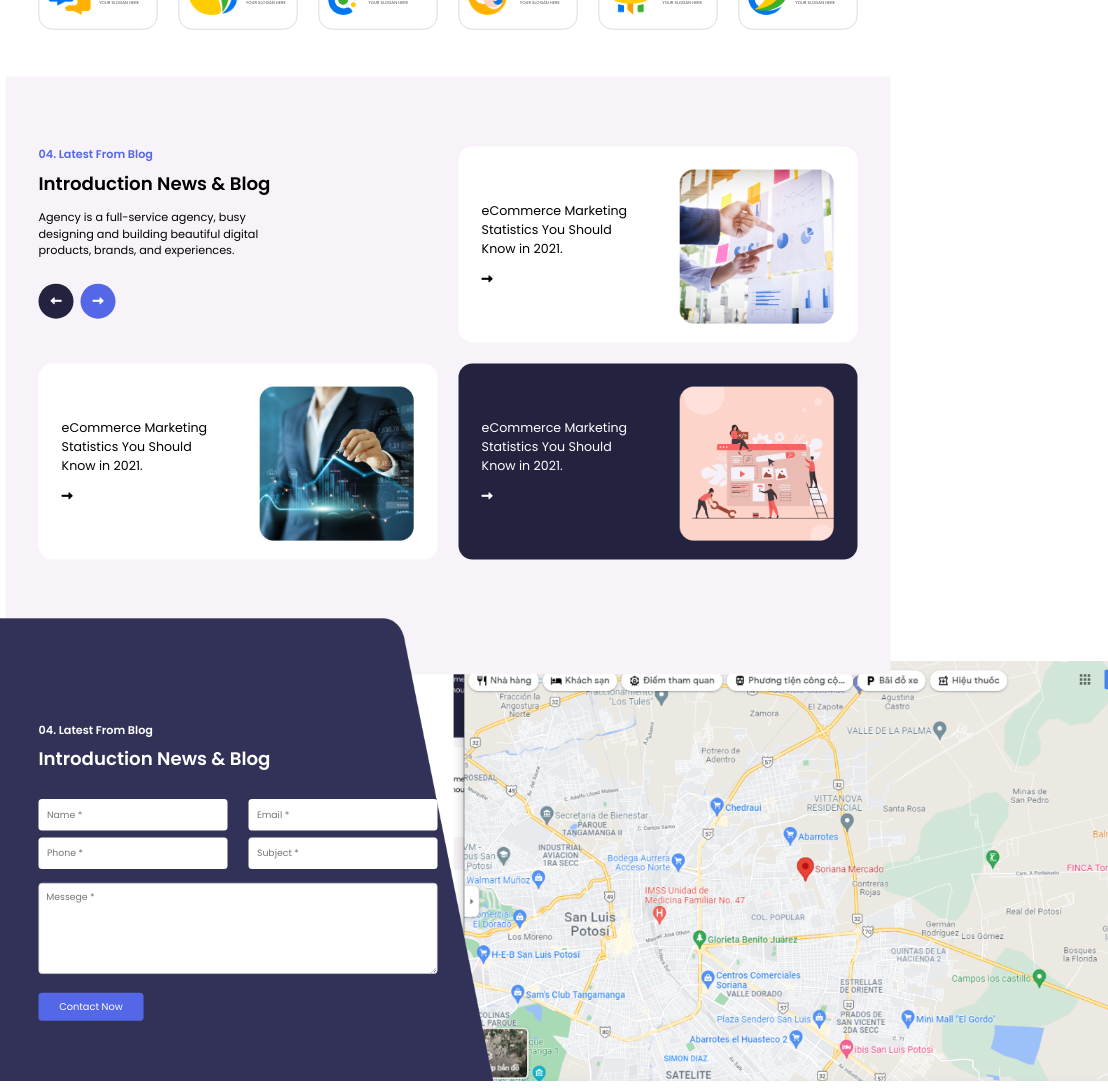
Repository: tranchi0120/LangdingPage-Htmlcss-Ago
Page: index.html
An editor plug-in stored every save of this project. The page is shown before and after the next save, followed by the edit.
The browser window is 1280 px wide. The page is 1583 px wide, so the pictures cover 1583 px, including what lies to the right of the window. The pictures show the part of the page from y = 3385 to 4945 px (the page is 4945 px tall), at 70% of full size.
Some web libraries are served in a nearby version. The style sheet was rebuilt from its Sass, Less or Tailwind sources for each picture, by a compiler version that may differ from the author's.

Above is the page before, as saved 2022-07-15 10:29:10.

### index.html
<!DOCTYPE html>
<html lang="en">

<head>
    <meta charset="UTF-8" />
    <meta http-equiv="X-UA-Compatible" content="IE=edge" />
    <meta name="viewport" content="width=device-width, initial-scale=1.0" />
    <title>Ago</title>
    <!-- css -->
    <link rel="stylesheet" href="./css/app.css" />
    <!-- google font  -->
    <link rel="preconnect" href="https://fonts.googleapis.com" />
    <link rel="preconnect" href="https://fonts.gstatic.com" crossorigin />
    <link href="https://fonts.googleapis.com/css2?family=Poppins:wght@400;600&display=swap" rel="stylesheet" />
    <!-- google icon awaresome -->
    <link rel="stylesheet" href="https://cdnjs.cloudflare.com/ajax/libs/font-awesome/6.1.1/css/all.min.css">
    <!-- sass ./sass/app.scss ./css/app.css --watch -->
</head>

<body>
    <header class="header">
        <div class="header-top container">
            <span class="header-top-title">
                Welcome to Ago! Building Creative Business Agency
            </span>
            <div class="header-top-right">
                <div class="header-login">
                    <i class="fa-solid fa-user"></i>
                    <a href="#!" style="color:#666666">Login</a>
                </div>
                <div class="header-nation">
                    <i class="fa-solid fa-globe"></i>
                    <span class="header-language">English</span>
                    <i class="fa-solid fa-angle-down"></i>
                </div>
            </div>
        </div>
        <div class="header-line">
        </div>
        <div class="header-under container">
            <div class="header-under-logo">
                <div class="header-under-image">
                    <img class="header-under-img" src="./images/logo.png" alt="#">
                </div>
                <span class="header-under-name">Ago</span>
            </div>
            <div class="header-menu">
                <ul class="menu">
                    <li class="menu-item">
                        <a href="#" class="menu-link">Home</a>
                    </li>
                    <li class="menu-item">
                        <a href="#" class="menu-link">Features</a>
                        <i class="fa-solid fa-angle-down"></i>
                    </li>
                    <li class="menu-item">
                        <a href="#" class="menu-link">Services</a>
                    </li>
                    <li class="menu-item">
                        <a href="#" class="menu-link">Pages</a>
                    </li>
                    <li class="menu-item">
                        <a href="#" class="menu-link">Blog</a>
                    </li>
                    <li class="menu-item">
                        <a href="#" class="menu-link">Support</a>
                    </li>
                </ul>
                <div class="menu-button">
                    <i class="fa-solid fa-magnifying-glass menu-icon"></i>
                    <div class="button">Contact Us</div>
                </div>
            </div>
        </div>
    </header>
    <main>
        <section class="hero">
            <div class="container">
                <div class="hero-main">
                    <div class="hero-left">
                        <div class="hero-title">
                            Trusted Professional Service.
                        </div>
                        <span class="hero-content">
                            Ago is a full-service agency, busy designing and building beautiful digital products,
                            brands, and
                            experiences.
                        </span>
                        <div class="hero-button">
                            <div class="button">Recent Work</div>
                        </div>
                        <div class="hero-down">
                            <div class="hero-icondown">
                                <i style="color:#ffffff ;" class="fa-solid fa-arrow-down"></i>
                            </div>
                            <p class="hero-scroll">
                                Scroll Down
                            </p>
                        </div>
                    </div>
                    <div class="hero-right">
                        <img src="./images/hero.png" alt="#">
                    </div>
                </div>
            </div>
        </section>
        <section class="about">
            <div class="container">
                <div class="about-main">
                    <div class="about-images">
                        <img src="./images/about1.png" alt="#" class="about-img1">
                        <img src="./images/about2.png" alt="#" class="about-img2">
                        <img src="./images/about3.png" alt="#" class="about-img3">
                    </div>
                    <div class="about-us">
                        <h5 class="about-number">
                            01. About Us
                        </h5>
                        <div class="about-title">
                            We Make Designs that Lead and Inpire.
                        </div>
                        <div class="about-name">
                            A design team building a created
                            marketplace for UI designers.
                        </div>
                        <div class="about-content">
                            2,360 curated design resources to energize your creative workflow. We're a growing family of
                            682,268 designers and makers from around the world
                        </div>
                        <div class="menu-button">
                            <div class="button">Contact Us</div>
                        </div>
                    </div>
                </div>
            </div>
        </section>
        <section class="interactive">
            <div class="container">
                <div class="interactive-main">
                    <h5 class="interactive-number">
                        02. What We Do
                    </h5>
                    <div class="interactive-title">
                        <span class="interactive-name">
                            We Make Designs that Lead and Inpire.
                        </span>
                        <i class="fa-solid fa-left-long interactive-iconleft"></i>
                        <i class="fa-solid fa-right-long"></i>
                    </div>
                    <div class="interactive-group">
                        <div class="interactive-box">
                            <div class="row-circle">
                                <img class="row-img" src="./images/row1.png" alt="#">
                                <h2 class="row-number">
                                    26k
                                </h2>
                                <span class="row-title">
                                    Happy Clients
                                </span>
                            </div>
                            <div class="row-circle2">
                                <img class="row-img" src="./images/row2.png" alt="#">
                                <h2 class="row-number2">
                                    76k
                                </h2>
                                <span class="row-title2">
                                    Project Done
                                </span>
                                <span class="row-content2">
                                    Lorem ipsum dolor sit amet, consectetur adipiscing elit. Mauris sapien egestas augue
                                    enim amet scelerisque.
                                </span>
                            </div>
                            <div class="row-circle">
                                <img class="row-img" src="./images/row3.png" alt="#">
                                <h2 class="row-number">
                                    20k
                                </h2>
                                <span class="row-title">
                                    AWARDS WON
                                </span>
                            </div>
                            <div class="row-circle">
                                <img class="row-img" src="./images/row4.png" alt="#">
                                <h2 class="row-number">
                                    20k
                                </h2>
                                <span class="row-title">
                                    DAILY DATA INPUT
                                </span>
                            </div>
                        </div>
                    </div>
                </div>
            </div>
        </section>
        <section class="service">
            <div class="container">
                <h5 class="service-number">
                    03. Our Services
                </h5>
                <div class="service-title">
                    <span class="service-name">
                        Welcome to Our Professional Service
                    </span>
                </div>
                <div class="service-main">
                    <div class="service-left">
                        <h2 class="service-left-title">
                            Professional Website
                            Design Consulting
                        </h2>
                        <p class="service-left-content">
                            Agency is a full-service agency, busy designing and building beautiful digital products,
                            brands, and experiences.
                        </p>
                        <div class="menu-button">
                            <div class="button">View Detail</div>
                        </div>
                        <div class="service-left-images">
                            <img src="./images/service1.png" alt="#" class="service-left-img">
                            <img src="./images/service2.png" alt="#" class="service-left-img">
                            <img src="./images/service3.png" alt="#" class="service-left-img">
                        </div>
                    </div>
                    <div class="service-right">
                        <img src="./images/service4.png" alt="#" class="service-right-img">
                    </div>
                </div>
                <div class="service-bottom">
                    <div class="service-box">
                        <div class="service-box-imgs">
                            <img src="./images/logo1.png" alt="#" class="service-box-img">
                        </div>
                        <div class="service-box-text">
                            <h2 class="service-box-title">CREATIVE</h2>
                            <p class="service-box-slogan">YOUR SLOGAN HERE</p>
                        </div>
                    </div>
                    <div class="service-box">
                        <div class="service-box-imgs">
                            <img src="./images/logo2.png" alt="#" class="service-box-img">
                        </div>
                        <div class="service-box-text">
                            <h2 class="service-box-title">CREATIVE</h2>
                            <p class="service-box-slogan">YOUR SLOGAN HERE</p>
                        </div>
                    </div>
                    <div class="service-box">
                        <div class="service-box-imgs">
                            <img src="./images/logo3.png" alt="#" class="service-box-img">
                        </div>
                        <div class="service-box-text">
                            <h2 class="service-box-title">COMPANY</h2>
                            <p class="service-box-slogan">YOUR SLOGAN HERE</p>
                        </div>
                    </div>
                    <div class="service-box">
                        <div class="service-box-imgs">
                            <img src="./images/logo4.png" alt="#" class="service-box-img">
                        </div>
                        <div class="service-box-text">
                            <h2 class="service-box-title">CREATIVE</h2>
                            <p class="service-box-slogan">YOUR SLOGAN HERE</p>
                        </div>
                    </div>
                    <div class="service-box">
                        <div class="service-box-imgs">
                            <img src="./images/logo5.png" alt="#" class="service-box-img">
                        </div>
                        <div class="service-box-text">
                            <h2 class="service-box-title">COMPANY</h2>
                            <p class="service-box-slogan">YOUR SLOGAN HERE</p>
                        </div>
                    </div>
                    <div class="service-box">
                        <div class="service-box-imgs">
                            <img src="./images/logo6.png" alt="#" class="service-box-img">
                        </div>
                        <div class="service-box-text">
                            <h2 class="service-box-title">CREATIVE</h2>
                            <p class="service-box-slogan">YOUR SLOGAN HERE</p>
                        </div>
                    </div>
                </div>
            </div>
        </section>
        <section class="latest">
            <div class="container">
                <div class="latest-main">
                    <div class="latest-group">
                        <h5 class="latest-number">
                            04. Latest From Blog
                        </h5>
                        <span class="latest-title">
                            Introduction News & Blog
                        </span>
                        <p class="latest-content">
                            Agency is a full-service agency, busy designing and building beautiful digital products,
                            brands, and experiences.
                        </p>
                        <div class="latest-icon">
                            <div class="latest-icon-left">
                                <i class="fa-solid fa-left-long"></i>
                            </div>
                            <div class="latest-icon-right">
                                <i class="fa-solid fa-right-long"></i>
                            </div>
                        </div>
                    </div>
                    <div class="latest-groups">
                        <div class="latest-box">
                            <p class="latest-text">
                                eCommerce Marketing
                                Statistics You Should
                                Know in 2021.
                            </p>
                            <i class="fa-solid fa-right-long"></i>
                        </div>
                        <div class="latest-image">
                            <img src="./images/latest1.png" alt="#" class="latest-img">
                        </div>
                    </div>
                    <div class="latest-groups">
                        <div class="latest-box">
                            <p class="latest-text">
                                eCommerce Marketing
                                Statistics You Should
                                Know in 2021.
                            </p>
                            <i class="fa-solid fa-right-long"></i>
                        </div>
                        <div class="latest-image">
                            <img src="./images/latest2.png" alt="#" class="latest-img">
                        </div>
                    </div>
                    <div class="latest-groups3">
                        <div class="latest-box3">
                            <p class="latest-text3">
                                eCommerce Marketing
                                Statistics You Should
                                Know in 2021.
                            </p>
                            <i class="fa-solid fa-right-long"></i>
                        </div>
                        <div class="latest-image">
                            <img src="./images/latest3.png" alt="#" class="latest-img">
                        </div>
                    </div>
                </div>
            </div>
        </section>
        <section class="contact">

            <div class="container">
                <img class="contact-background" src="./images/background.png" alt="#">
                <div class="contact-main">
                    <div class="contact-left">
                        <h5 class="contact-left-number">
                            04. Latest From Blog
                        </h5>
                        <span class="contact-left-title">
                            Introduction News & Blog
                        </span>
                        <div class="contact-left-import">
                            <input class="contact-left-input" type="text" placeholder="Name *">
                            <input class="contact-left-input" type="text" placeholder="Email *">
                            <input class="contact-left-input" type="text" placeholder="Phone *">
                            <input class="contact-left-input" type="text" placeholder="Subject *">
                        </div>
                        <textarea class="contact-left-textarea" name="text" id="#" cols="30" rows="10"
                            placeholder="Messege *"></textarea>
                        <div class="menu-button">
                            <div class="button">Contact Now</div>
                        </div>
                    </div>
                    <div class="contact-right">
                        <img class="contact-right-img" src="./images/map.png" alt="#">
                    </div>
                </div>
            </div>
        </section>
    </main>
    <footer>
    </footer>
</body>

</html>

### sass/app.scss
@import "global";
@import "header";
@import "menu";
@import "variable";
@import "hero";
@import "about";
@import "interactive";
@import "row";
@import "service";
@import "latest";
@import "contact";

### sass/_global.scss
.container {
    max-width: 1170px;
    margin: 0 auto;
}
.body {
    background: #ffffff;
}
* {
    box-sizing: border-box;
    font-family: "Poppins", sans-serif;
}
a {
    text-decoration: none;
}
ul {
    list-style-type: none !important;
}
.button {
    border: none;
    padding: auto;
    width: 150px;
    background: #5468e7;
    height: 40px;
    text-align: center;
    justify-content: center;
    padding: 7px;
    border-radius: 5px;
    color: white;
    font-size: 14px;
    line-height: 21px;
    padding: 10px;
}

### sass/_menu.scss
.menu {
    height: 24px;
    width: 550px;
    display: flex;
    justify-content: space-between;
    align-items: center;
    // gap: 40px;
    &-button {
        display: flex;
        gap: 29px;
    }
    &-icon {
        width: 18px;
        display: inline-block;
        padding-top: 15px;
        color: #666666;
    }

    &-link {
        color: #000000;
        font-weight: 400;
        font-size: 16px;
        line-height: 24px;
    }
}

### sass/_variable.scss
$font: "Poppins", sans-serif;
$color1: #232340;
$color2: #323259;
$color-btn: #5468e7;
$black: #222222;
$white: #ffffff;

### sass/_hero.scss
.hero {
    height: 800px;
    margin-top: 55px;
    &-main {
        display: flex;

        align-items: center;
    }
    &-title {
        width: 260px;
        line-height: 60px;
        font-weight: 600;
        font-size: 40px;
        margin-bottom: 23px;
    }
    &-content {
        height: 46px;
        width: 317px;
        font-weight: 400;
        font-size: 16px;
        display: inline-block;
        margin-bottom: 60px;
        margin-right: 147px;
    }
    &-down {
        margin-top: 114px;
        display: flex;
        gap: 9px;
    }
    &-icondown {
        border-radius: 50%;
        width: 45px;
        height: 45px;
        text-align: center;
        padding: 13px;
        background: #c897e4;
    }
}

### sass/_interactive.scss
.interactive {
    background: #f7f3f8;
    height: 752px;
    &-number {
        margin-bottom: 10px;
        margin-top: 100px;
        display: inline-block;
        color: #5468e7;
        font-size: 16px;
        line-height: 24px;
        font-weight: 600;
    }
    &-name {
        display: inline-block;
        line-height: 39px;
        font-size: 26px;
        font-weight: 600;
        margin-bottom: 75px;
    }
    &-iconleft {
        margin-right: 19px;
        margin-left: 594px;
    }
    &-box {
        max-height: 360px;
        background: white;
        display: grid;
        grid-template-columns: repeat(4, 1fr) !important;
        border-radius: 30px;
    }
}

### sass/_contact.scss
.contact {
    &-main {
        display: flex;
        gap: 23px;
    }
    &-background {
        margin-left: -450px;
        margin-top: -80px;
    }
    &-left {
        margin-top: -520px;
        &-number {
            margin-bottom: 10px;
            margin-top: 0;
            font-weight: 600;
            line-height: 24px;
            color: white;
            font-size: 16px;
        }
        &-title {
            display: block;
            font-size: 26px;
            line-height: 39px;
            font-weight: 600;
            margin-bottom: 25px;
            color: white;
            margin-bottom: 37px;
        }
        &-input {
            padding: 12px;
            border-radius: 5px;
            height: 45px;
            width: 270px;
            border: none;
        }
        &-import {
            width: 570px;
            display: grid;
            grid-template-columns: repeat(2, 1fr);
            gap: 10px 30px;
        }
        &-textarea {
            padding: 10px;
            border-radius: 5px;
            border: 1px solid #cccccc;
            height: 130px;
            width: 570px;
            margin-top: 20px;
            margin-bottom: 20px;
        }
    }

    &-right {
        z-index: -1;
        margin-top: -607px;
    }
}

Loaded but not shown: sass/_service.scss (94 lines, source omitted); sass/_latest.scss (87 lines, source omitted); sass/_about.scss (57 lines, source omitted); sass/_row.scss (51 lines, source omitted); sass/_header.scss (47 lines, source omitted)

After the next save:
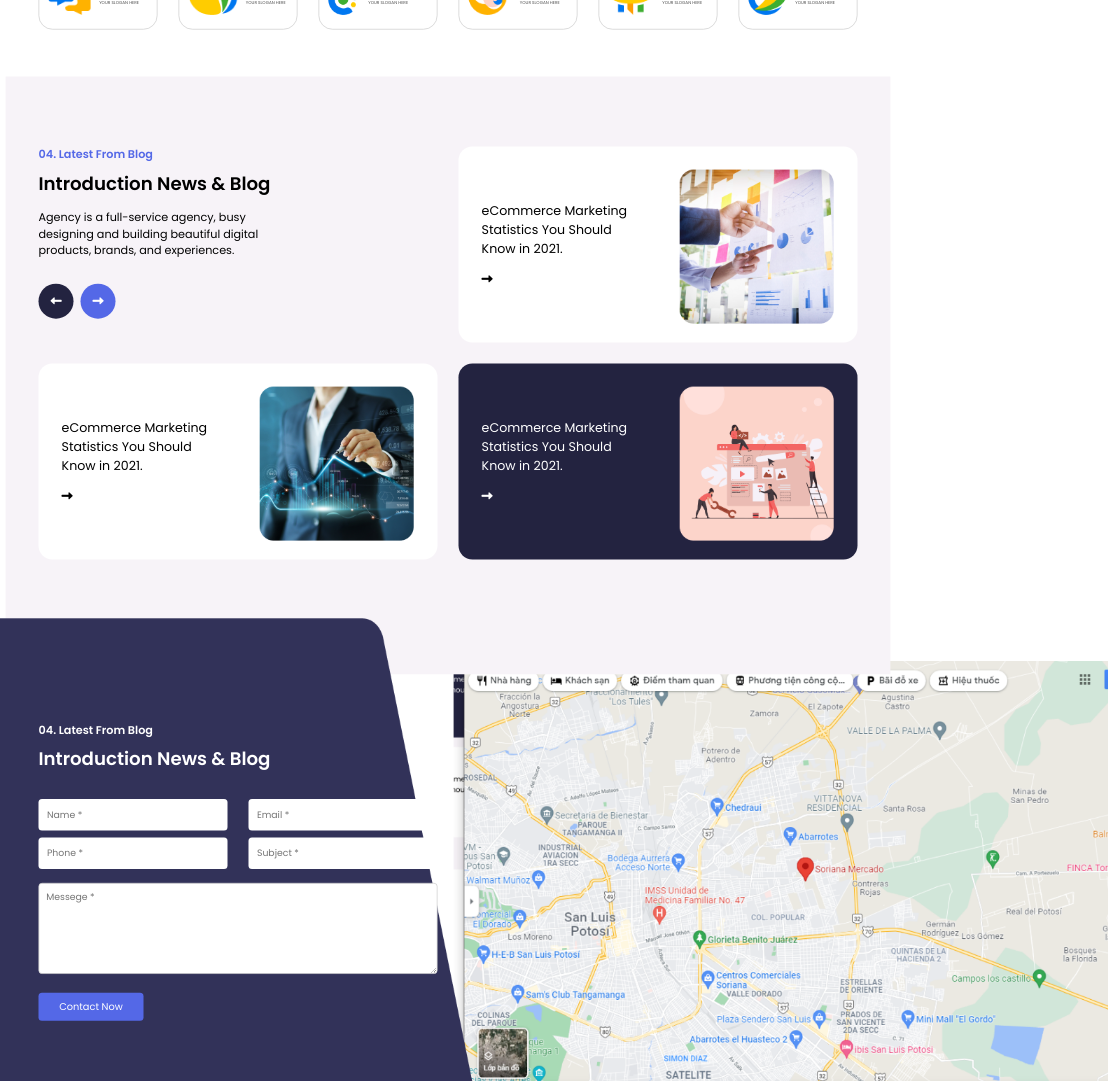
Saved 8 s later.
--- a/sass/_contact.scss
+++ b/sass/_contact.scss
@@ -4,7 +4,7 @@
         gap: 23px;
     }
     &-background {
-        margin-left: -450px;
+        margin-left: -480px;
         margin-top: -80px;
     }
     &-left {
